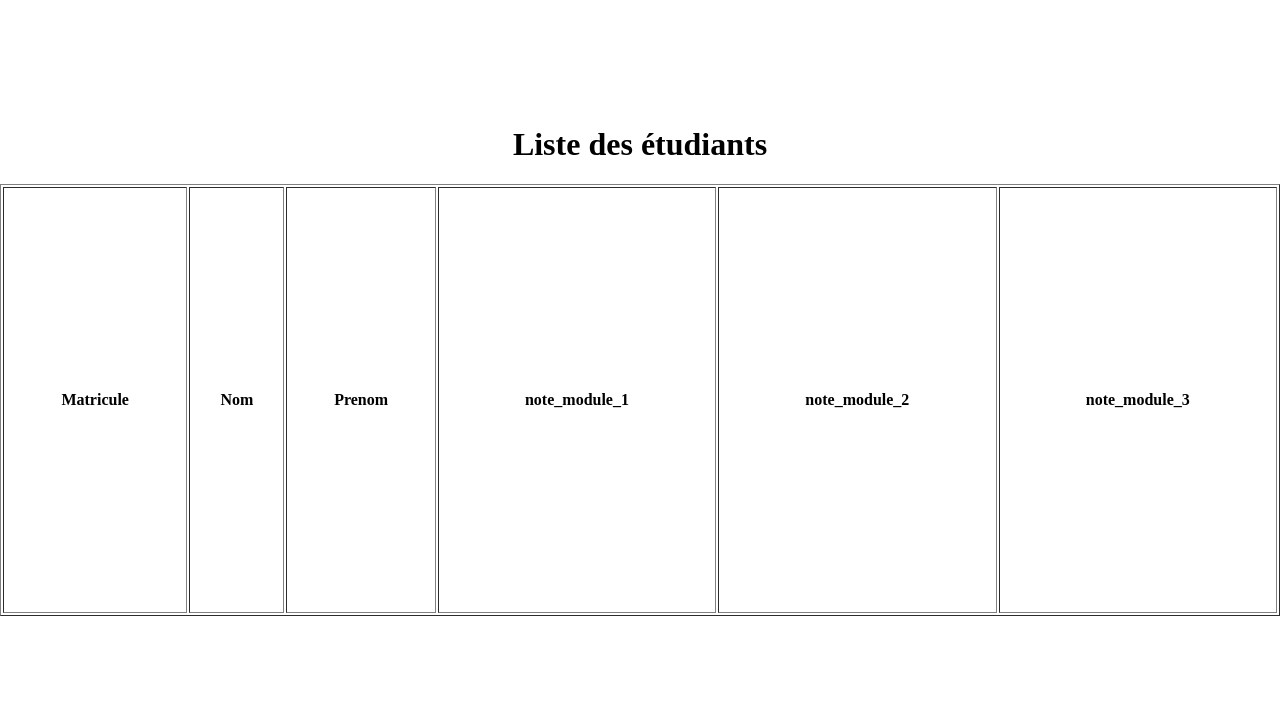
Repository: tt5300447/parakeet
Page: http://localhost/
The author's editor kept a copy of each file at every save. The page is drawn from the files as they stood at one save, then again after the next save.
The browser window is 1280 px wide. The pictures show the whole page.
The page is run by PHP 8.4 with error messages shown; the project is at /var/www/html/. Queries for data that is not in the repository find no rows.

Above is the page before, as saved 2022-06-19 15:54:34.

### Copier/htdocs/Liste/index.php
<!DOCTYPE html>
<html lang="en">
<head>
    <meta charset="UTF-8">
    <meta http-equiv="X-UA-Compatible" content="IE=edge">
    <meta name="viewport" content="width=device-width, initial-scale=1.0">
    <title>Document</title>
    <link rel="stylesheet" href="style.css">
</head>
<body>

    <div class="center">
         <h1>Liste des étudiants</h1>
    <?php
$servername = "localhost";
$username = "root";
$password = "";
$db = "scolarite";
// Create connection
$conn = new mysqli($servername, $username, $password,$db);
// Check connection
if (mysqli_connect_errno())
{
echo "Failed to connect to MySQL: " . mysqli_connect_error();
}

$result = $conn->query("SELECT * FROM Etudiant");

echo "<table border='1'>
<tr>
<th>Matricule</th>
<th>Nom</th>
<th>Prenom</th>
<th>note_module_1</th>
<th>note_module_2</th>
<th>note_module_3</th>

</tr>";

while($row = mysqli_fetch_array($result))
{
echo "<tr>";
echo "<td>" . $row['matricule'] . "</td>";
echo "<td>" . $row['nom'] . "</td>";
echo "<td>" . $row['prenom'] . "</td>";
echo "<td>" . $row['note_module_1'] . "</td>";
echo "<td>" . $row['note_module_2'] . "</td>";
echo "<td>" . $row['note_module_3'] . "</td>";
echo "</tr>";
}
echo "</table>";

mysqli_close($conn);
?>
</div>
</body>
</html>

### Copier/htdocs/Liste/style.css
html,
body {
    margin: 0;
    padding: 0;
    width: 100%;
    height: 100%;
    display: table;
}

.center {
    display: table-cell;
    text-align: center;
    vertical-align: middle;
}

table {
    width: 100%;
    height: 60%;
}

After the next save:
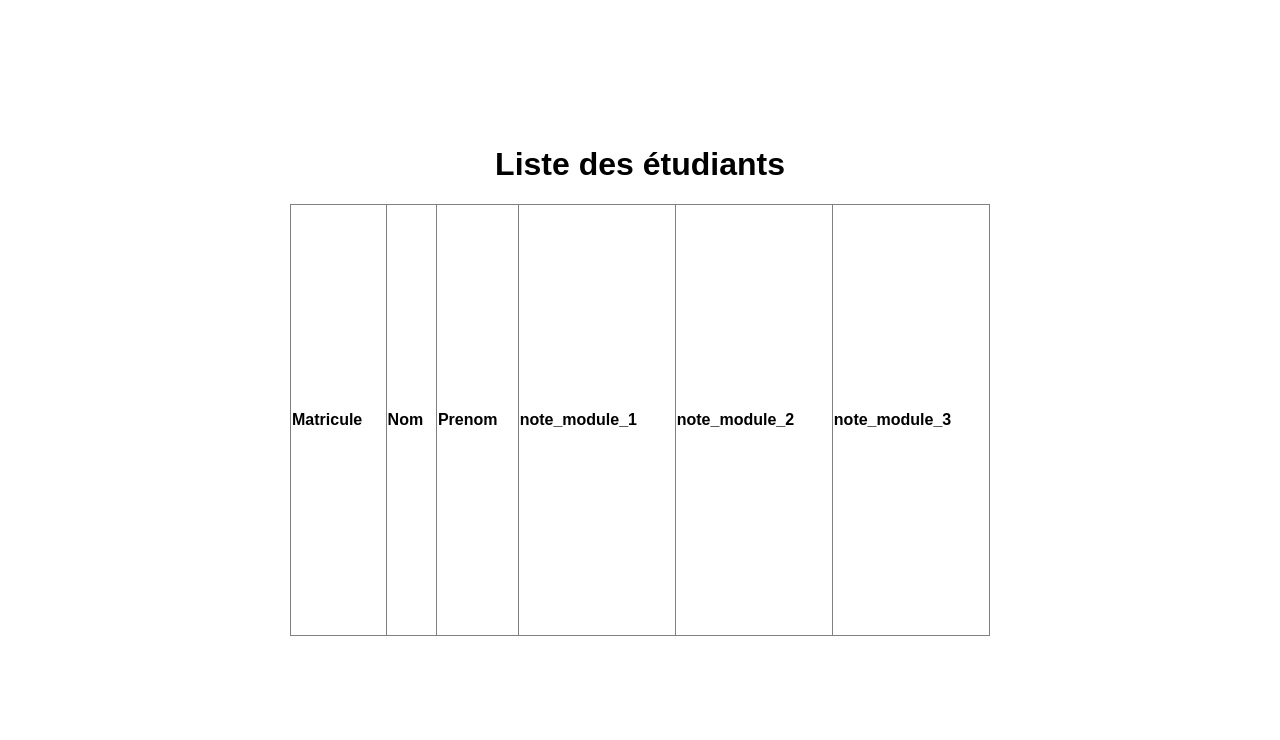
Saved 117 s later.
--- a/Copier/htdocs/Liste/style.css
+++ b/Copier/htdocs/Liste/style.css
@@ -17,3 +17,39 @@ table {
     width: 100%;
     height: 60%;
 }
+
+
+/***************************/
+
+body {
+    width: 700px;
+    margin: 20px auto;
+    font-family: arial;
+}
+
+table {
+    border-collapse: collapse;
+}
+
+table td {
+    font-size: 12px;
+    padding: 10px 0;
+    border-bottom: 1px solid #ddd;
+}
+
+.country_name-cell {
+    width: 200px;
+}
+
+.code-cell {
+    width: 50px;
+    color: red;
+}
+
+.pop96-cell {
+    text-align: right;
+}
+
+th {
+    text-align: left;
+}
